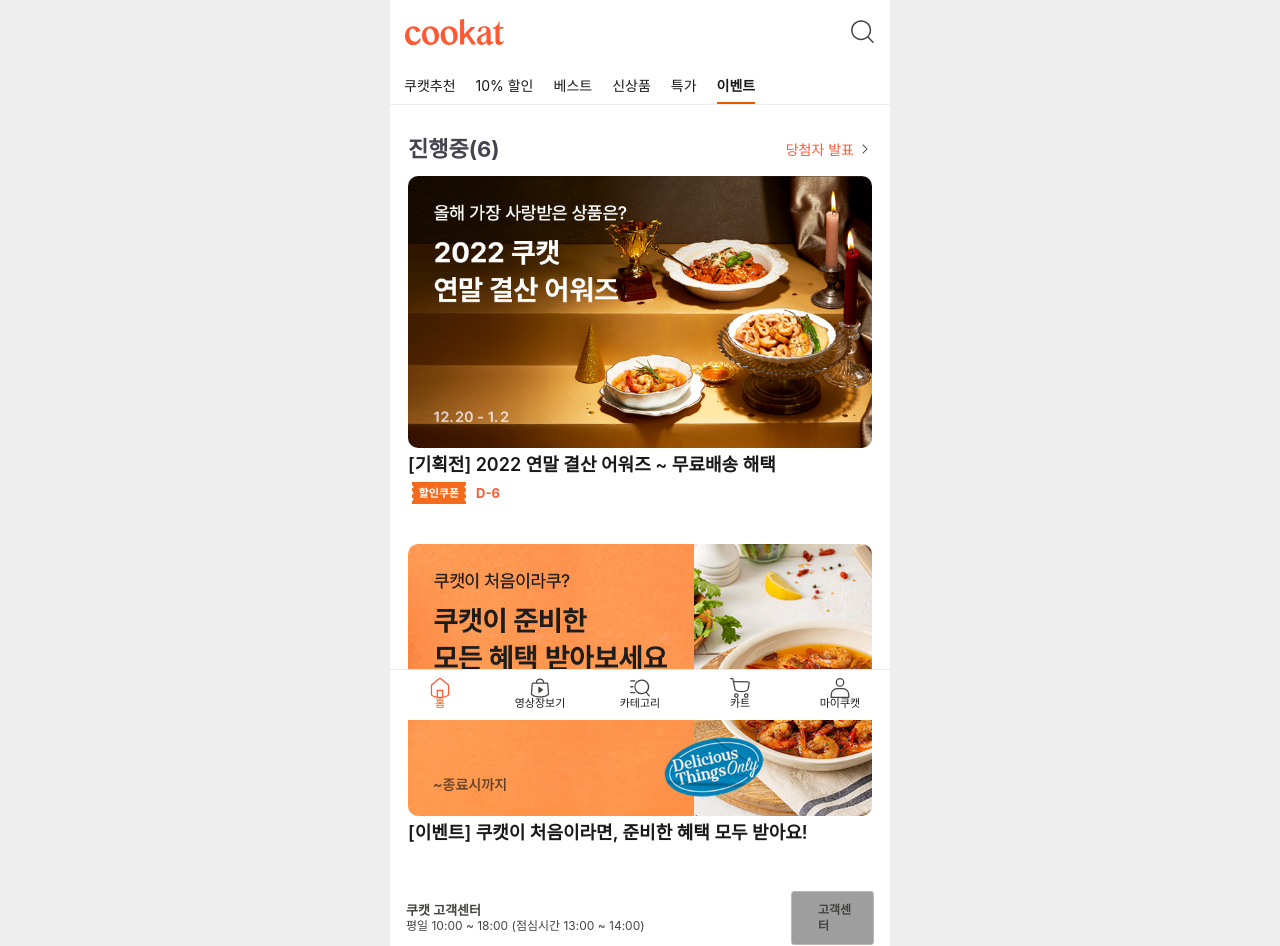
Repository: CooKat/Cookat
Page: event.html
These files come from the project's save history. The page is drawn as it stood at one moment and after the next save; the edit follows.
The browser window is 1280 px wide. The pictures show the part of the page from y = 0 to 946 px (the page is 1735 px tall before and 3103 px after).
Pictures or frames that could not be fetched are drawn as grey boxes. A picture or video elsewhere on the page could not be fetched, so the positions and the page height are approximate. Some web fonts or font styles are not loaded; a fallback is used.

Above is the page before, as saved 2022-12-27 21:10:34.
Not found: js/ex1.js

After the next save:
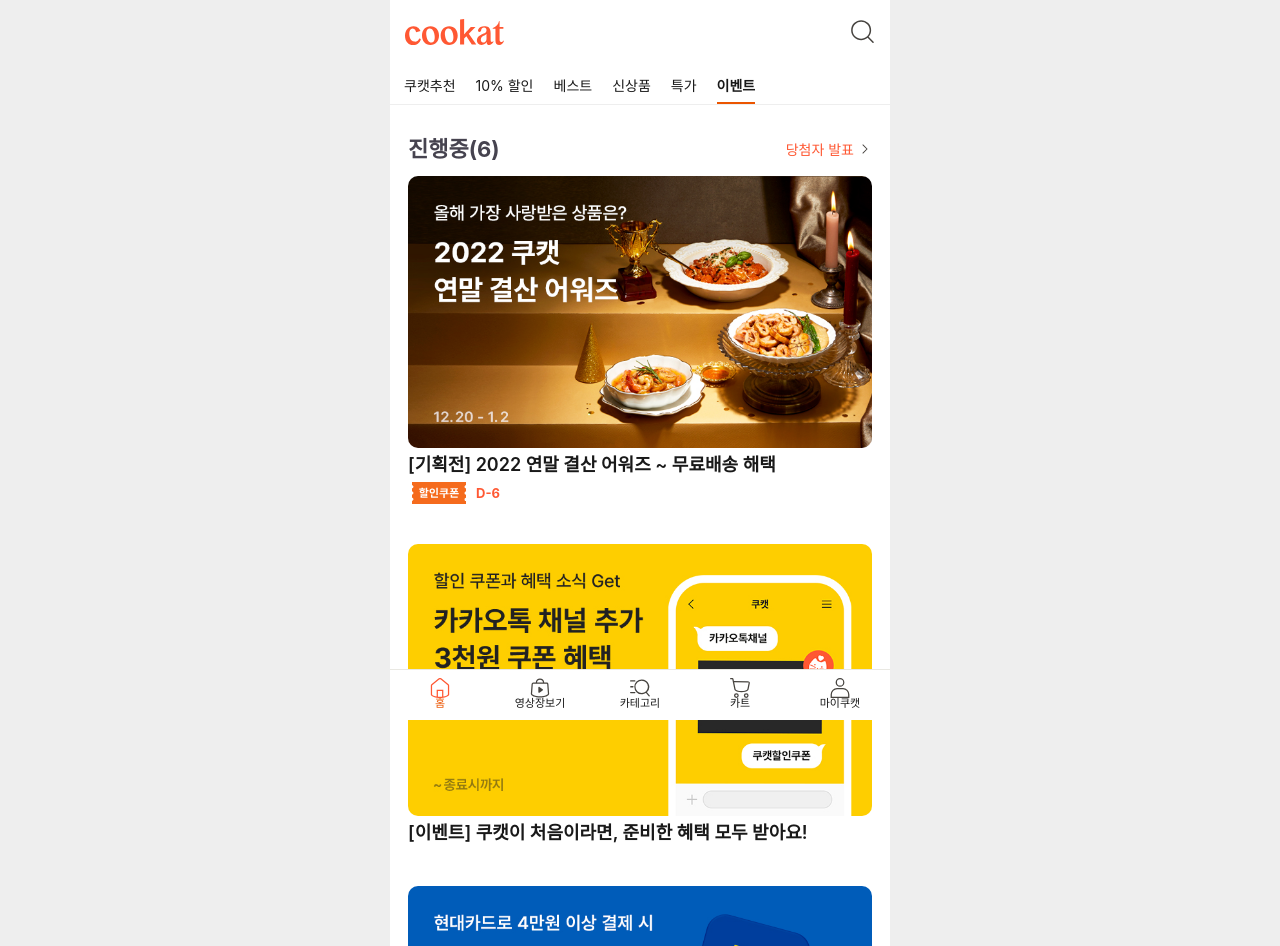
Saved 72 s later.
--- a/event.html
+++ b/event.html
@@ -75,6 +75,34 @@
 
           <div class="item-list">
             <div class="item-list-item">
+              <img src="./images/event3.jpg">
+              <h2 class="item-list-title">[이벤트] 쿠캣이 처음이라면, 준비한 혜택 모두 받아요!</h2>
+            </div>
+          </div>
+
+          <div class="item-list">
+            <div class="item-list-item">
+              <img src="./images/event4.jpg">
+              <h2 class="item-list-title">[이벤트] 쿠캣이 처음이라면, 준비한 혜택 모두 받아요!</h2>
+            </div>
+          </div>
+
+          <div class="item-list">
+            <div class="item-list-item">
+              <img src="./images/event5.jpg">
+              <h2 class="item-list-title">[이벤트] 쿠캣이 처음이라면, 준비한 혜택 모두 받아요!</h2>
+            </div>
+          </div>
+
+          <div class="item-list">
+            <div class="item-list-item">
+              <img src="./images/event6.jpg">
+              <h2 class="item-list-title">[이벤트] 쿠캣이 처음이라면, 준비한 혜택 모두 받아요!</h2>
+            </div>
+          </div>
+
+          <div class="item-list">
+            <div class="item-list-item">
               <img src="./images/event2.jpg">
               <h2 class="item-list-title">[이벤트] 쿠캣이 처음이라면, 준비한 혜택 모두 받아요!</h2>
             </div>
